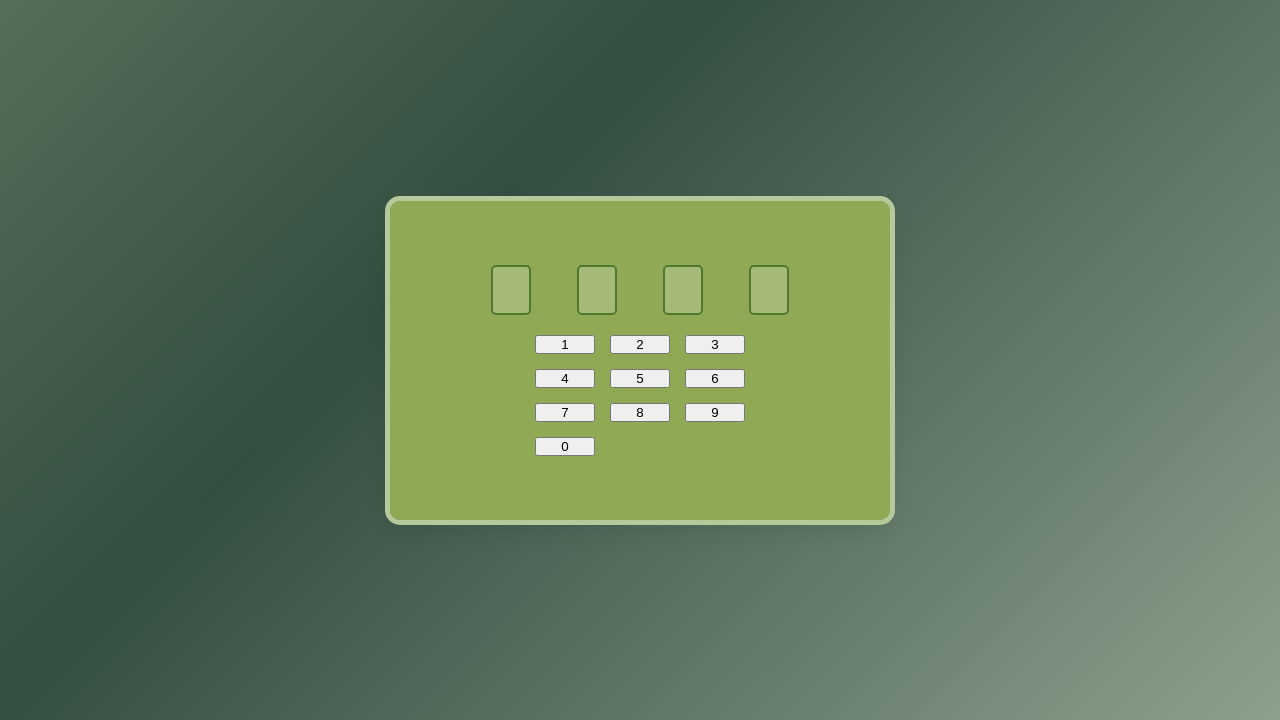
Repository: jahatesu/project-cutie
Page: index.html
The author's editor kept a copy of each file at every save. The page is drawn from the files as they stood at one save, then again after a run of saves.
The browser window is 1280 px wide. The pictures show the whole page.
Some web libraries are served in a nearby version.

Above is the page before, as saved 2025-08-14 21:01:31.
Console error: TypeError: Cannot read properties of null (reading 'getBoundingClientRect')

After the next 3 saves:
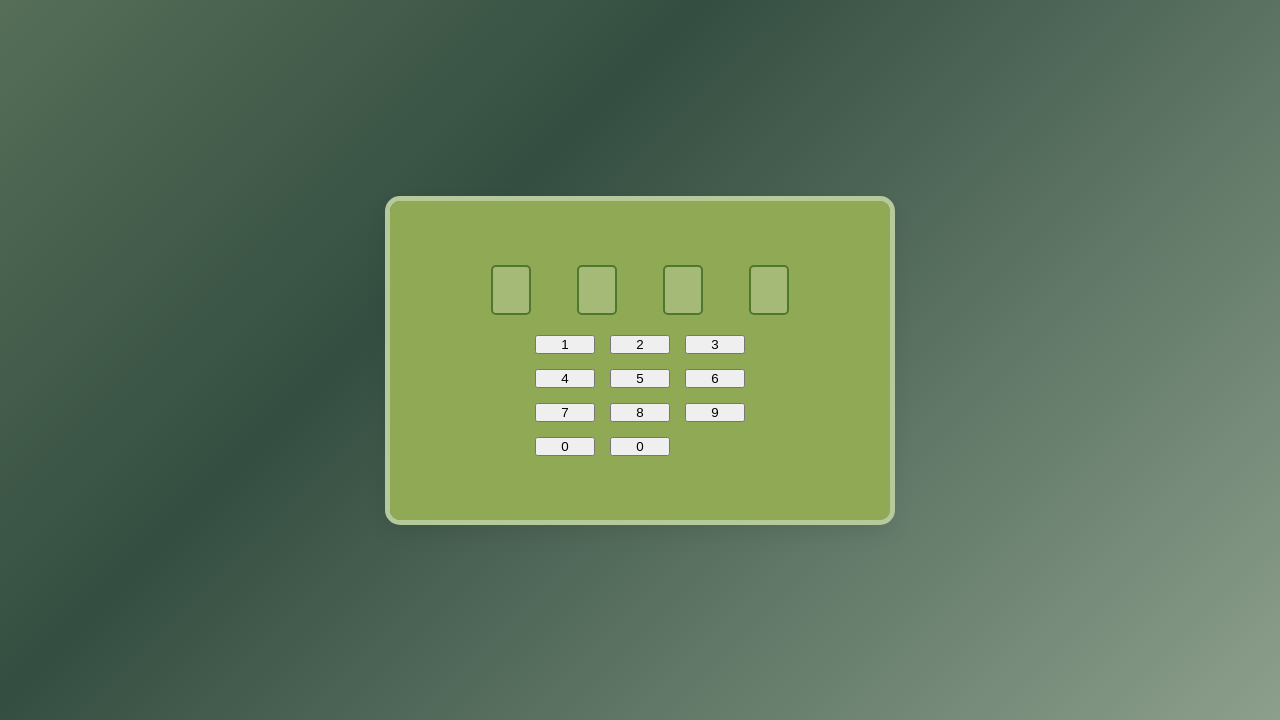
The 3 saves are shown as one change because they came seconds apart.
The last was saved 105 s later.
--- a/index.html
+++ b/index.html
@@ -38,6 +38,7 @@
           <button data-num = "8">8</button>
           <button data-num = "9">9</button>
           <button data-num = "0">0</button>
+          <button data-num = "0">0</button>
          </div>
     </div>
 
